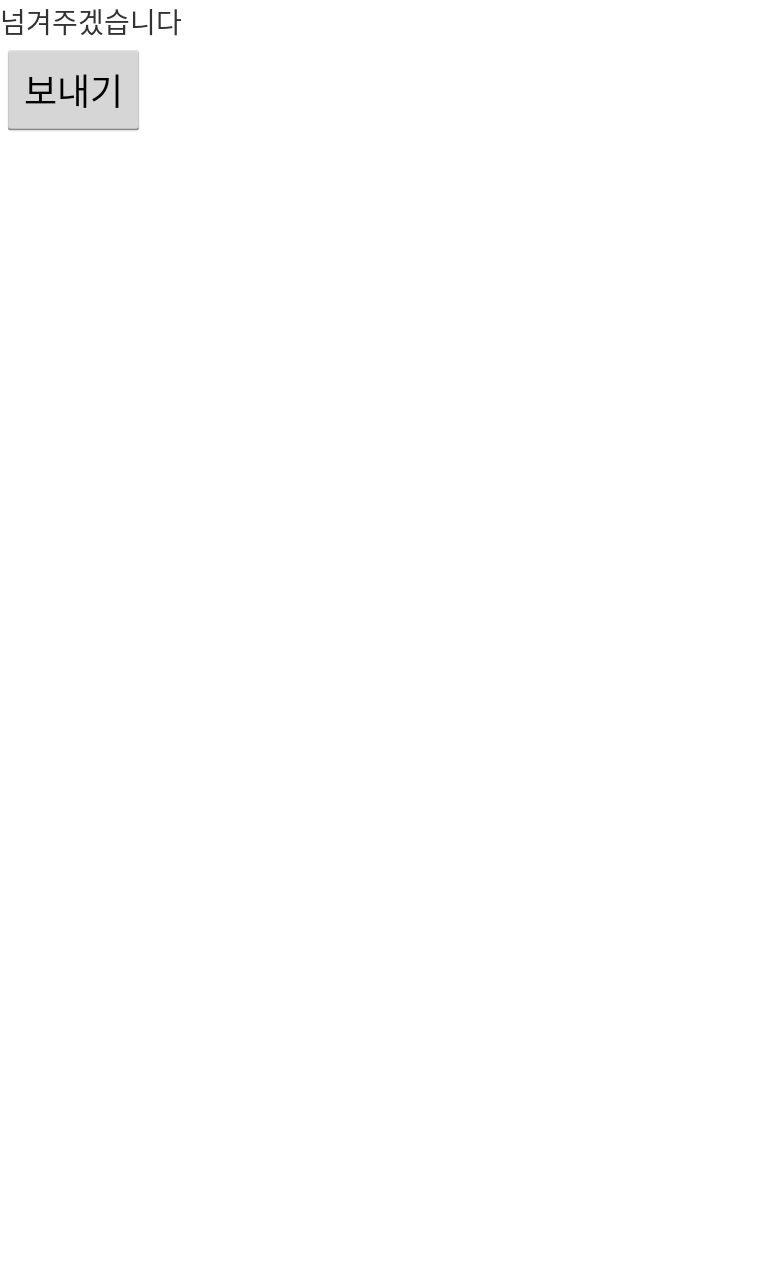
Repository: HSUmod/nanumi
Layout: Nanumi/res/layout/activity_main.xml
These files come from the project's save history. The layout is drawn as it stood at one moment and after the next save; the edit follows.
It is drawn on a 768 x 1280 px phone screen (xhdpi) without system bars, with theme AppTheme; the app's code is not run.

Above is the layout before, as saved 2015-11-11 05:25:07.

After the next save:
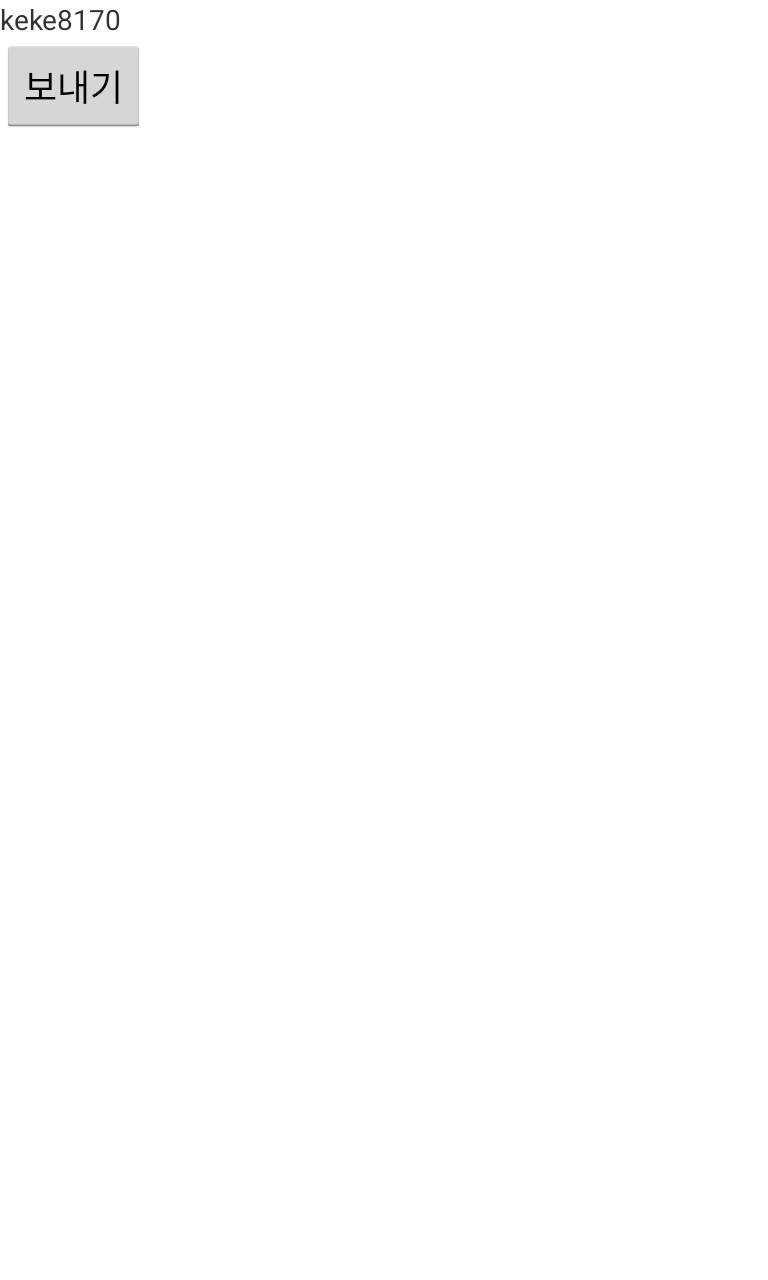
Saved 27 s later.
--- a/Nanumi/res/layout/activity_main.xml
+++ b/Nanumi/res/layout/activity_main.xml
@@ -9,7 +9,7 @@
         android:id="@+id/textView1"
         android:layout_width="wrap_content"
         android:layout_height="wrap_content"
-        android:text="넘겨주겠습니다" />
+        android:text="keke8170" />
 
 
     <Button
@@ -17,6 +17,7 @@
         android:layout_width="wrap_content"
         android:layout_height="wrap_content"
         android:text="보내기"
+
          />
 
 </LinearLayout>
